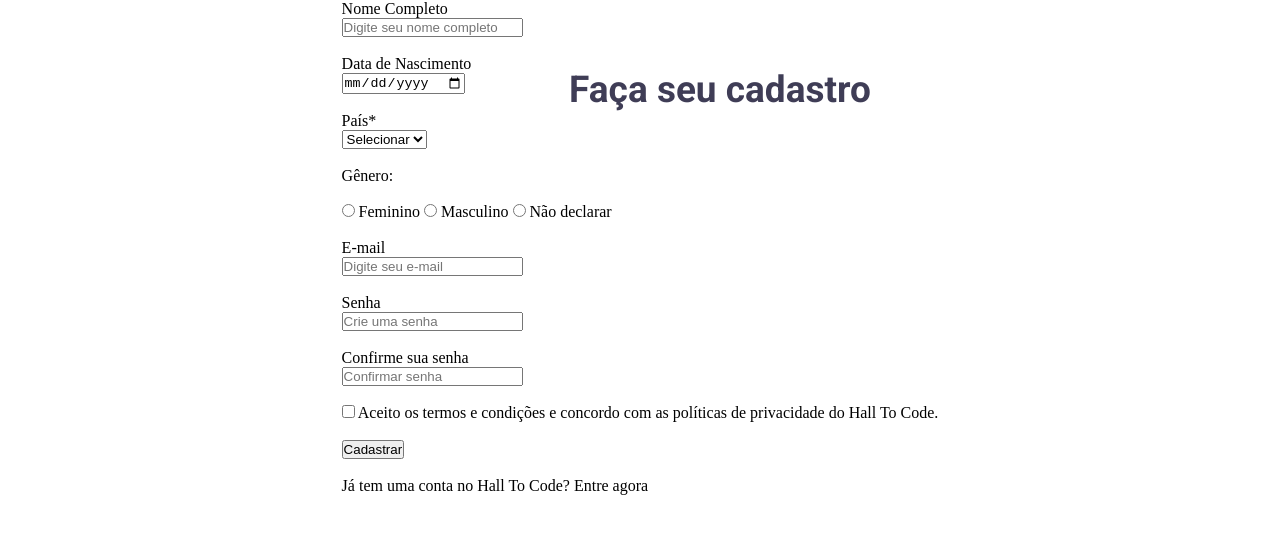
Repository: RenatoCCS/formularios
Page: cadastro.html
The author's editor kept a copy of each file at every save. The page is drawn from the files as they stood at one save, then again after the next save.
The browser window is 1280 px wide. The pictures show the whole page.

Above is the page before, as saved 2023-03-21 14:38:32.

### cadastro.html
<!DOCTYPE html>
<html lang="pt-br">
  <head>
    <meta charset="UTF-8" />
    <meta http-equiv="X-UA-Compatible" content="IE=edge" />
    <meta name="viewport" content="width=device-width, initial-scale=1.0" />
    <link rel="stylesheet" href="style.css" />
    <title>Faça seu cadastro</title>
  </head>

  <body class="container">
    <form action="" class="form__Cadastro">
      <h1 class="form__Cadastro__titulo">Faça seu cadastro</h1>

      <label for="name">Nome Completo</label>
      <br />
      <input
        id="name"
        type="text"
        name="name"
        placeholder="Digite seu nome completo"
      />
      <br /><br />

      <label for="date">Data de Nascimento</label>
      <br />
      <input id="date" type="date" name="date" placeholder="dd/mm/aaaa" />
      <br /><br />

      <label for="options__Cascading">País*</label><br />
      <select name="opções" id="options__Cascading ">
        <option>Selecionar</option>
        <option>Brasil</option>
        <option>Argentina</option>
        <option>Chile</option>
        <option>Uruguai</option>
      </select>
      <br /><br />

      <section>
        <legend>Gênero:</legend>
        <br />
        <input id="option__Button__Feminino" type="radio" name="botão" />
        <label for="option__Button__Feminino">Feminino</label>

        <input id="option__Button__Masculino" type="radio" name="botão" />
        <label for="option__Button__Masculino">Masculino</label>

        <input id="option__Button__Naodeclarar" type="radio" name="botão" />
        <label for="option__Button__Naodeclarar">Não declarar</label>
      </section>
      <br />

      <label for="email">E-mail</label>
      <br />
      <input
        id="email"
        type="email"
        name="email"
        placeholder="Digite seu e-mail"
      />
      <br /><br />

      <label for="password">Senha</label>
      <br />
      <input
        id="password"
        type="password"
        name="senha"
        placeholder="Crie uma senha"
      />
      <br /><br />

      <label for="confirm__Password">Confirme sua senha</label>
      <br />
      <input
        id="confirm__Password"
        type="password"
        name="confirmar__Senha"
        placeholder="Confirmar senha"
      />
      <br /><br />

      <input type="checkbox" name="termos" id="term" />
      <label for="term"
        >Aceito os termos e condições e concordo com as políticas de privacidade
        do Hall To Code.</label
      ><br /><br />

      <button type="submit">Cadastrar</button>
      <br /><br />

      <p>Já tem uma conta no Hall To Code? Entre agora</p>
    </form>
  </body>
</html>

### style.css
@import url('https://fonts.googleapis.com/css2?family= Roboto :wght@400;700 & display=swap');

* {
  margin: 0;
  padding: 0;
}

:root {
  --primeira-cor: #3f3d56;

  --fonte-primaria: 'Roboto', sans-serif;
}

.container {
  display: flex;
  justify-content: center;
}

.form__Cadastro__titulo {
  position: absolute;
  width: 302px;
  height: 43px;
  left: 569px;
  top: 68px;
  color: var(--primeira-cor);
  font-family: var(--fonte-primaria);
  font-style: normal;
  font-weight: 700;
  font-size: 37px;
  line-height: 43px;
  text-align: center;
}

After the next save:
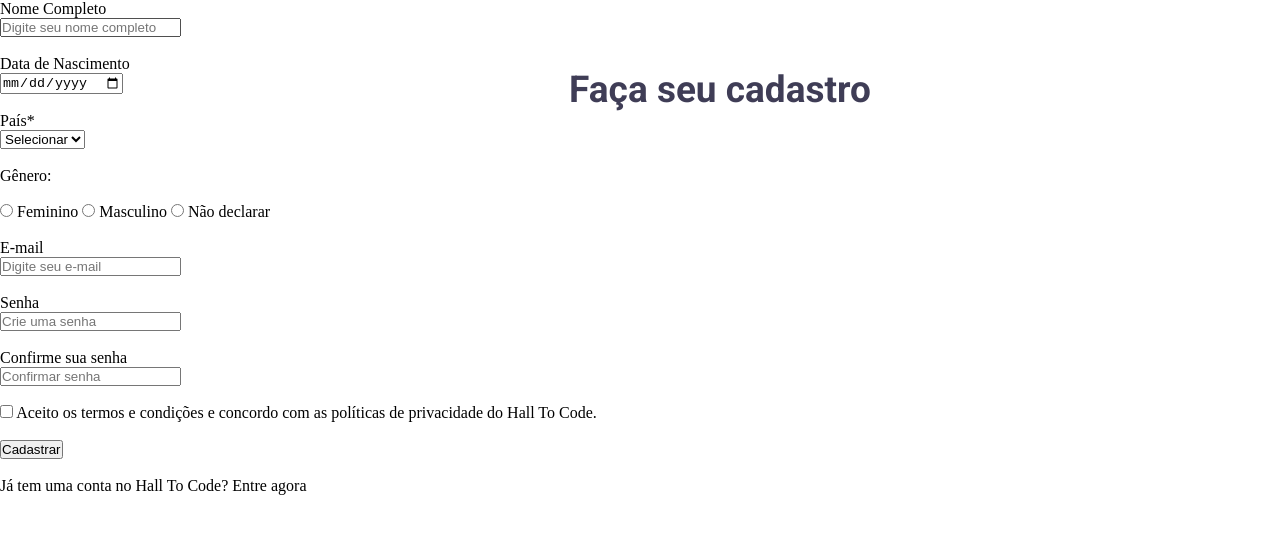
Saved 36 s later.
--- a/style.css
+++ b/style.css
@@ -11,10 +11,10 @@
   --fonte-primaria: 'Roboto', sans-serif;
 }
 
-.container {
+/*.container {
   display: flex;
   justify-content: center;
-}
+}*/
 
 .form__Cadastro__titulo {
   position: absolute;

After the save that followed:
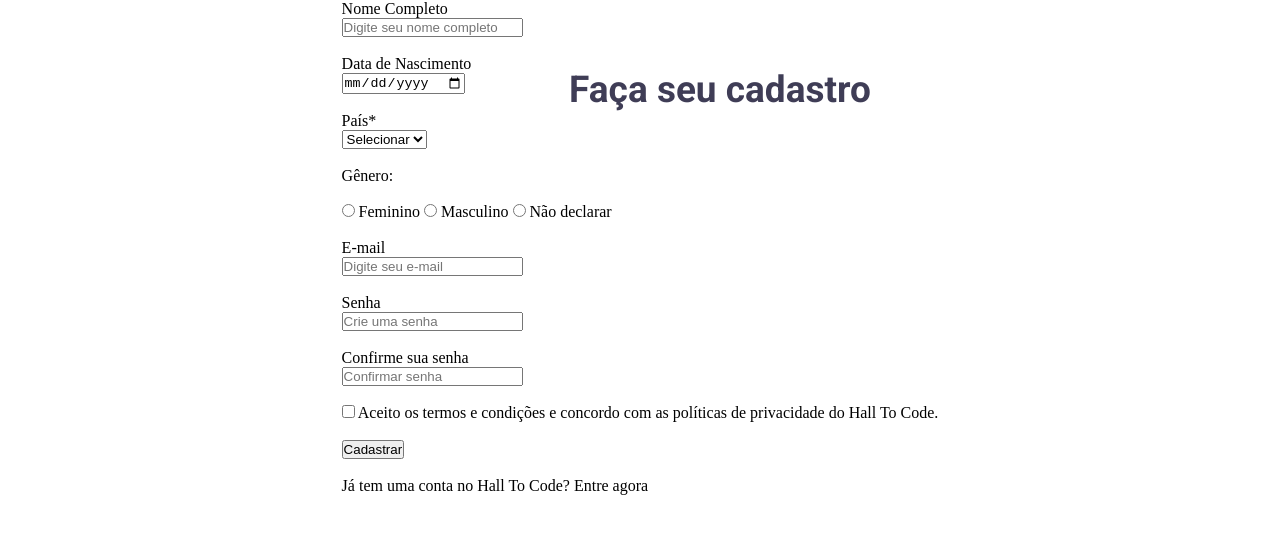
Saved 14 s later.
--- a/style.css
+++ b/style.css
@@ -11,10 +11,10 @@
   --fonte-primaria: 'Roboto', sans-serif;
 }
 
-/*.container {
+.container {
   display: flex;
   justify-content: center;
-}*/
+}
 
 .form__Cadastro__titulo {
   position: absolute;
